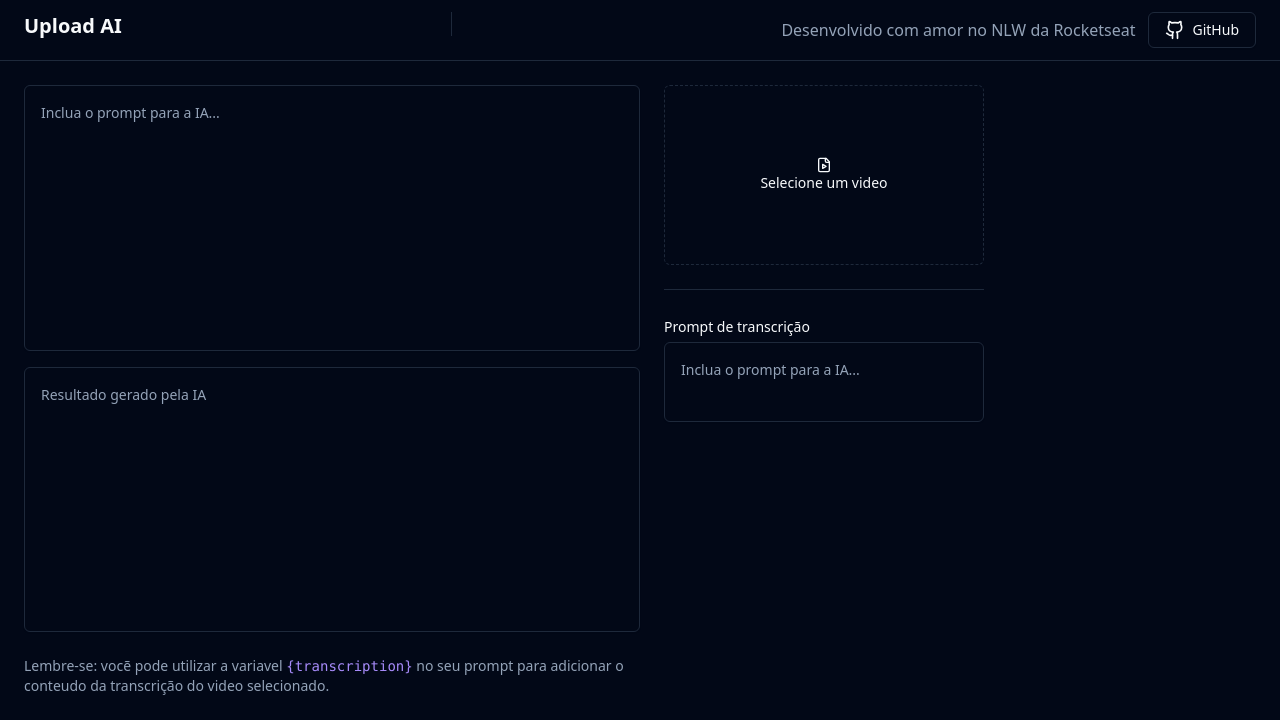
Repository: brksaian/nlw-2023-IA
Page: /
An editor plug-in stored every save of this project. The page is shown before and after the next save, followed by the edit.
The browser window is 1280 px wide. The pictures show the whole page.
The project was rebuilt for these pictures with package versions that can differ from the ones it lists, and the page was loaded fresh each time. Also part of the build but not shown: vite.config.ts.

Above is the page before, as saved 2023-09-12 22:32:01.

After the next save:
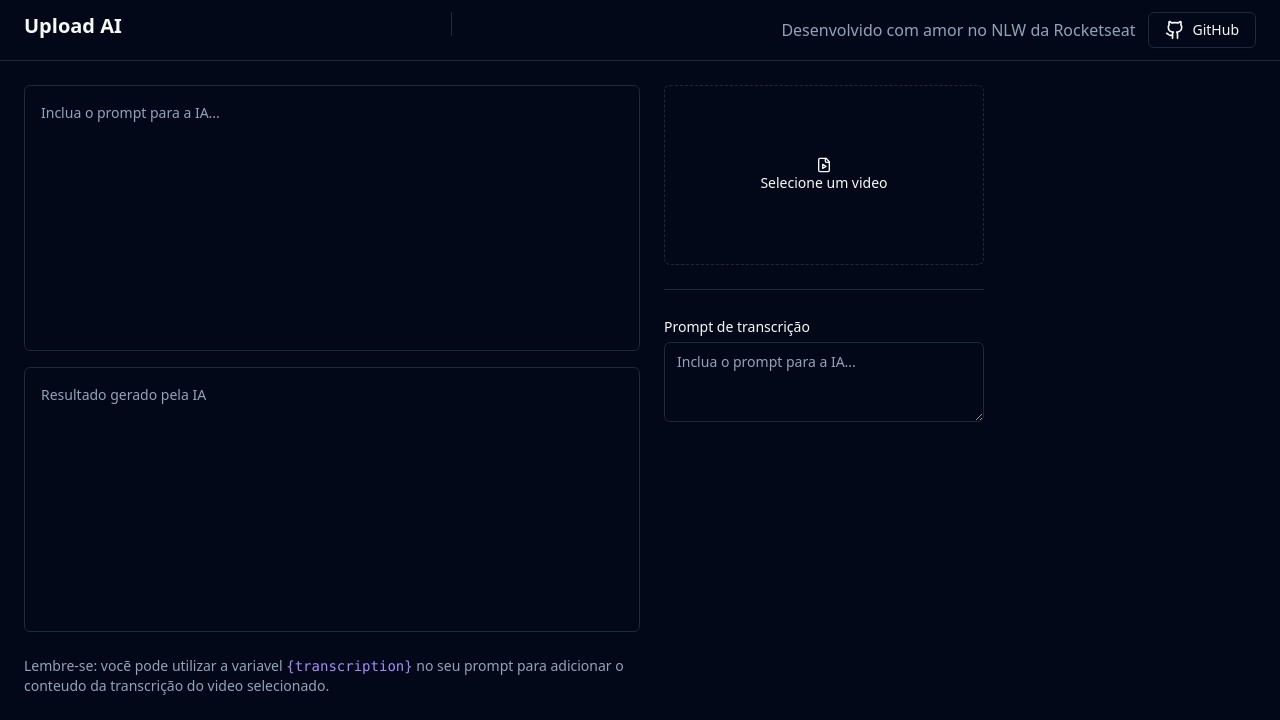
Saved 39 s later.
--- a/src/App.tsx
+++ b/src/App.tsx
@@ -68,7 +68,7 @@ export function App() {
               <Textarea
                 id="transcription-prompt"
                 placeholder="Inclua o prompt para a IA..."
-                className="resize-none p-4 leading-relaxed"
+                className="min-h-20 leading-relaxed"
               />
             </div>
           </form>
